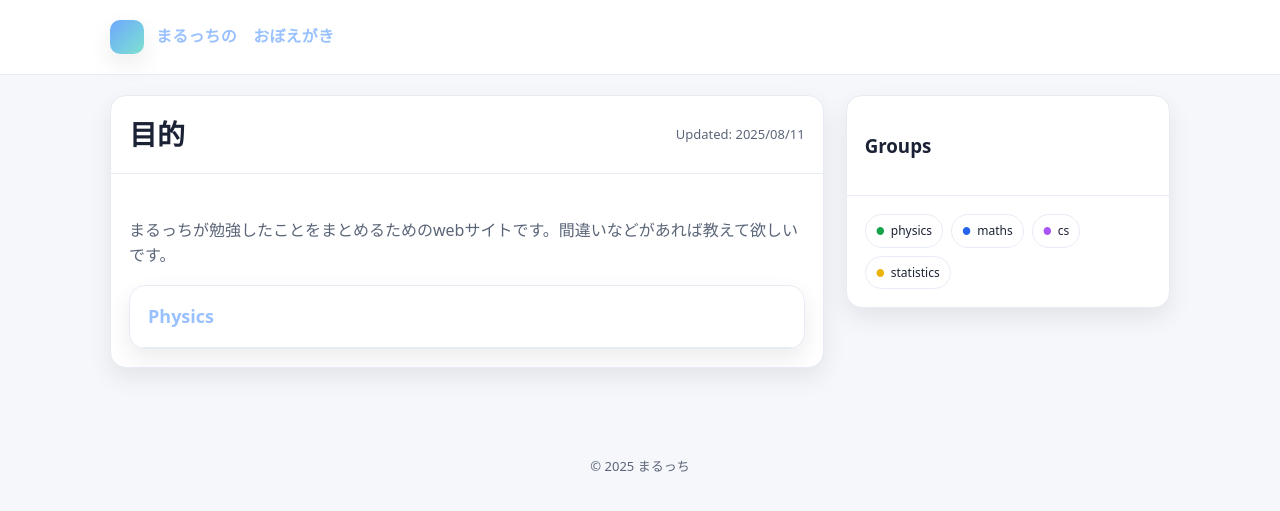
Repository: Riki-Mochimaru/tureduretunedune
Page: index.html
These files come from the project's save history. The page is drawn as it stood at one moment and after the next save; the edit follows.
The browser window is 1280 px wide. The pictures show the whole page.

Above is the page before, as saved 2025-08-12 00:13:20.

After the next save:
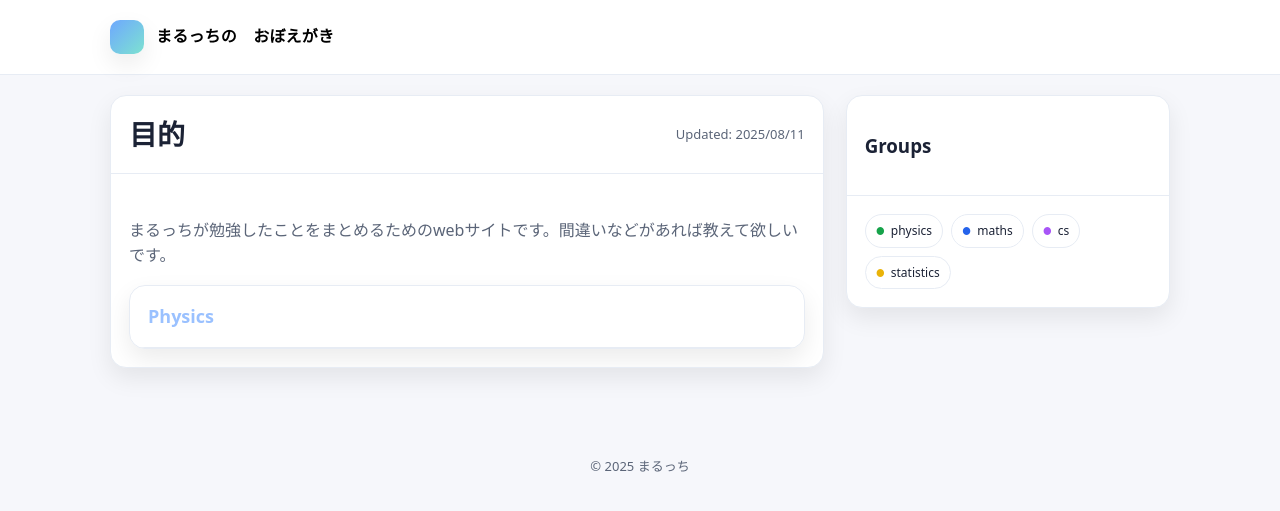
Saved 3 min 26 s later.
--- a/assets/styles.css
+++ b/assets/styles.css
@@ -102,3 +102,14 @@
     .card { box-shadow: none; border-color: #ccc; }
     a { color: #000; text-decoration: none; }
   }
+  /* Only this link should be black in the header brand */
+header.site .brand a.link-black:link,
+header.site .brand a.link-black:visited {
+  color: #000 !important;   /* 競合対策で念のため */
+}
+
+header.site .brand a.link-black:hover,
+header.site .brand a.link-black:active {
+  color: #000 !important;
+  text-decoration: underline;
+}
